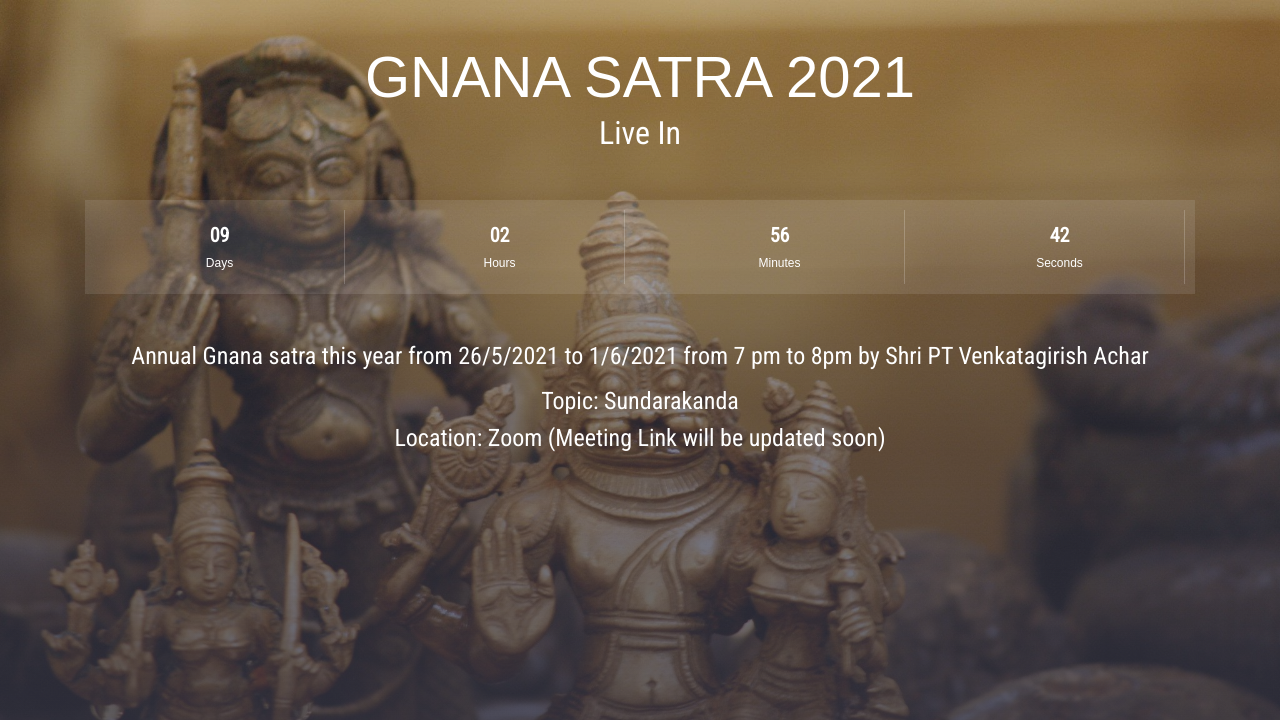
Repository: anirudhbichal/gs
Page: /
These files come from the project's save history. The page is drawn as it stood at one moment and after the next save; the edit follows.
The browser window is 1280 px wide. The pictures show the whole page.
Some web fonts or font styles are not loaded; a fallback is used. The project was rebuilt for these pictures with package versions that can differ from the ones it lists, and the page was loaded fresh each time.

Above is the page before, as saved 2021-05-17 17:59:28.

### public/index.html
<!DOCTYPE html>
<html lang="en">
  <head>
    <meta charset="utf-8" />
    <meta name="viewport" content="width=device-width, initial-scale=1" />
    <meta name="theme-color" content="#000000" />
    <meta
      name="description"
      content="Gnana Satra website"
    />
    <link rel="apple-touch-icon" href="%PUBLIC_URL%/logo192.png" />
    <!--
      manifest.json provides metadata used when your web app is installed on a
      user's mobile device or desktop. See https://developers.google.com/web/fundamentals/web-app-manifest/
    -->
    <link rel="manifest" href="%PUBLIC_URL%/manifest.json" />
    <!--
      Notice the use of %PUBLIC_URL% in the tags above.
      It will be replaced with the URL of the `public` folder during the build.
      Only files inside the `public` folder can be referenced from the HTML.

      Unlike "/favicon.ico" or "favicon.ico", "%PUBLIC_URL%/favicon.ico" will
      work correctly both with client-side routing and a non-root public URL.
      Learn how to configure a non-root public URL by running `npm run build`.
    -->
    <title>Gnana Satra</title>
  </head>
  <body>
    <noscript>You need to enable JavaScript to run this app.</noscript>
    <div id="root"></div>
    <!--
      This HTML file is a template.
      If you open it directly in the browser, you will see an empty page.

      You can add webfonts, meta tags, or analytics to this file.
      The build step will place the bundled scripts into the <body> tag.

      To begin the development, run `npm start` or `yarn start`.
      To create a production bundle, use `npm run build` or `yarn build`.
    -->
  </body>
</html>

### src/App.js
import 'bootstrap/dist/css/bootstrap.min.css';
import './App.css';
import Container from 'react-bootstrap/Container';
import Timer from "./components/countdown/Timer";

function App() {
  return (
    <div className="App">
      <Container className="my-5">
        <h1>
          Gnana Satra 2021
        </h1>
        <h2 className="mb-5">Live In</h2>
        <Timer />
        <h4 className="mt-5">
          Annual Gnana satra this year from 26/5/2021 to 1/6/2021 from 7 pm to 8pm by Shri PT Venkatagirish Achar
        </h4>
        <h4 className="mt-3">
          Topic: Sundarakanda
        </h4>
        <h4>
          Location: Zoom (Meeting Link will be updated soon)
        </h4>
      </Container>
    </div>
  );
}

export default App;

### src/App.css
@import url("https://fonts.googleapis.com/css?family=Roboto+Condensed&display=swap");
@import url('http://fonts.cdnfonts.com/css/samarkan');

body {
  color: #fff;
  font-family: "Roboto Condensed", sans-serif;
  background-image: url('gs-bg.jpg');
  background-position: top top;
  background-size: cover;
  margin: 0;
}

.App {
  position: fixed;
  top: 0;
  left: 0;
  right: 0;
  bottom: 0;
  text-align: center;
  background: rgb(55, 55, 70);
  background: linear-gradient(
    0deg,
    rgba(55, 55, 70, 0.8) 0%,
    rgba(55, 55, 70, 0.6) 50%,
    rgba(55, 55, 70, 0.3) 100%
  );
}

h1 {
  font-family: 'Samarkan', sans-serif;
  font-size: 58px;
  text-transform: uppercase;
  line-height: 1;
}

### src/components/countdown/Timer.js
import React, { Component } from "react";
// import moment from 'moment';
import Container from 'react-bootstrap/Container';
import Row from 'react-bootstrap/Row';
import Col from 'react-bootstrap/Col';
import "./Timer.css";

class CountDown extends Component {
  constructor(props) {
    super(props);
    this.count = this.count.bind(this);
    this.state = {
      days: 0,
      minutes: 0,
      hours: 0,
      secounds: 0,
      time_up: ""
    };
    this.x = null;
    this.deadline = null;
  }
  count() {
    var now = new Date().getTime();
    var t = this.deadline - now;
    var dd = Math.floor(t / (1000 * 60 * 60 * 24));
    var hh = Math.floor((t % (1000 * 60 * 60 * 24)) / (1000 * 60 * 60));
    var mm = Math.floor((t % (1000 * 60 * 60)) / (1000 * 60));
    var ss = Math.floor((t % (1000 * 60)) / 1000);

    var days = dd < 10 ? "0" + dd : dd;
    var hours = hh < 10 ? "0" + hh : hh;
    var minutes = mm < 10 ? "0" + mm : mm;
    var seconds = ss < 10 ? "0" + ss : ss;

    this.setState({ days, minutes, hours, seconds });

    if (t < 0) {
      clearInterval(this.x);
      this.setState({
        days: 0,
        minutes: 0,
        hours: 0,
        seconds: 0,
        time_up: "TIME IS UP"
      });
    }
  }
  componentDidMount() {
    this.deadline = new Date("May 26, 2021 19:00:00").getTime();

    this.x = setInterval(this.count, 1000);
  }

  render() {
    const { days, seconds, hours, minutes } = this.state;
    return (
      <Container id="countdown">
        <Row>
            <Col>
                <div className="box">
                    <p id="day">{days}</p>
                    <span className="text">Days</span>
                </div>
            </Col>
            <Col>
                <div className="box">
                    <p id="hour">{hours}</p>
                    <span className="text">Hours</span>
                </div>
            </Col>
            <Col>
                <div className="box">
                    <p id="minute">{minutes}</p>
                    <span className="text">Minutes</span>
                </div>
            </Col>
            <Col>
                <div className="box">
                    <p id="second">{seconds}</p>
                    <span className="text">Seconds</span>
                </div>
            </Col>
        </Row>
      </Container>
    );
  }
}

export default CountDown;

### src/components/countdown/Timer.css
#countdown {
    padding: 10px;
    background-color: rgba(255, 255, 255, 0.1);
    display: inline-block;
    text-align: center;
    margin: auto;
  }
  #countdown .box {
    padding: 10px;
    border-right: solid 1px rgba(255, 255, 255, 0.2);
  }
  #countdown .col-4:last-child .box {
    border-right-color: transparent;
  }
  #countdown .box p {
    font-size: 20px;
    font-weight: bold;
    margin: 0;
  }
  #countdown .box .text {
    font-size: 12px;
    font-family: sans-serif;
  }

Loaded but not shown: src/index.js (common file); src/index.css (common file); src/reportWebVitals.js (common file)

After the next save:
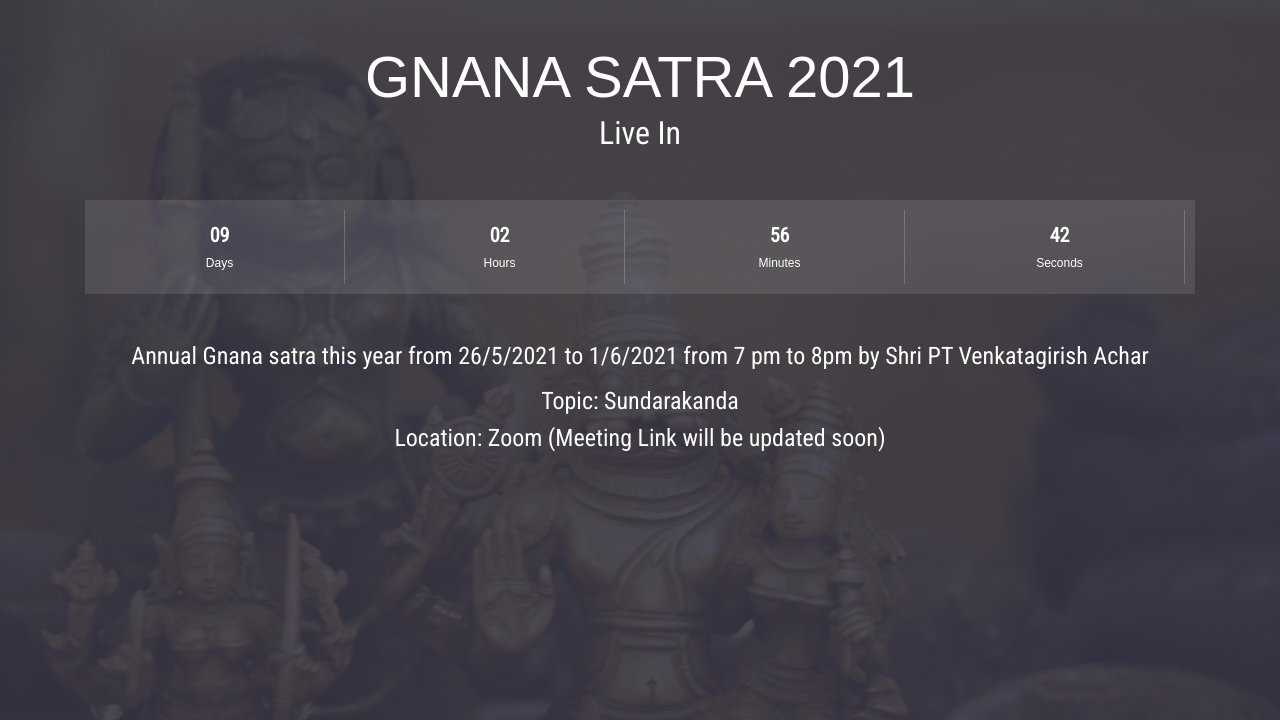
Saved 6 s later.
--- a/src/App.css
+++ b/src/App.css
@@ -20,9 +20,9 @@ body {
   background: rgb(55, 55, 70);
   background: linear-gradient(
     0deg,
-    rgba(55, 55, 70, 0.8) 0%,
-    rgba(55, 55, 70, 0.6) 50%,
-    rgba(55, 55, 70, 0.3) 100%
+    rgba(55, 55, 70, 0.9) 0%,
+    rgba(55, 55, 70, 0.9) 50%,
+    rgba(55, 55, 70, 0.9) 100%
   );
 }
 
